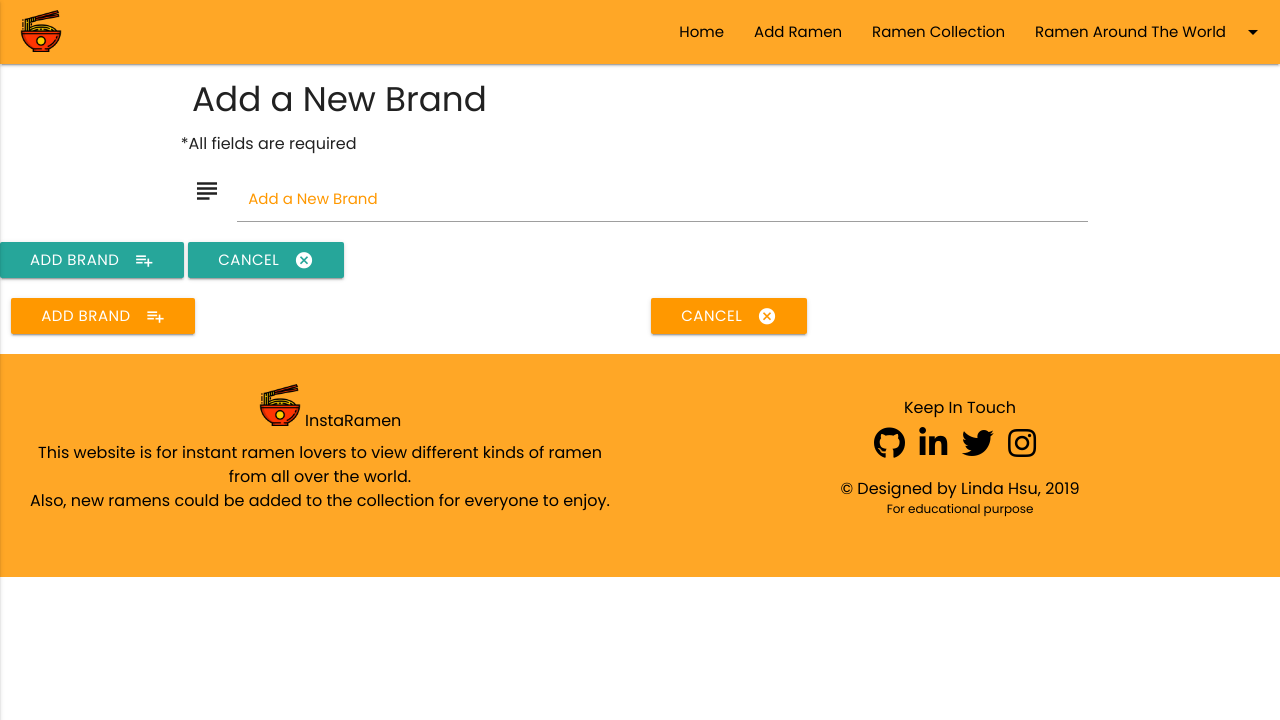
Repository: Paddlepop25/codeinstitute-insta-ramen
Page: http://localhost/add_brands
The author's editor kept a record of every edit. The page is drawn from the files as they stood at one moment, then again after the next edit.
The browser window is 1280 px wide. The pictures show the whole page.
Some web libraries are served in a nearby version. The page is served by the project's application, run on Flask 3 (app.py). Queries for data that is not in the repository find no rows.

Above is the page before.

After the next edit:
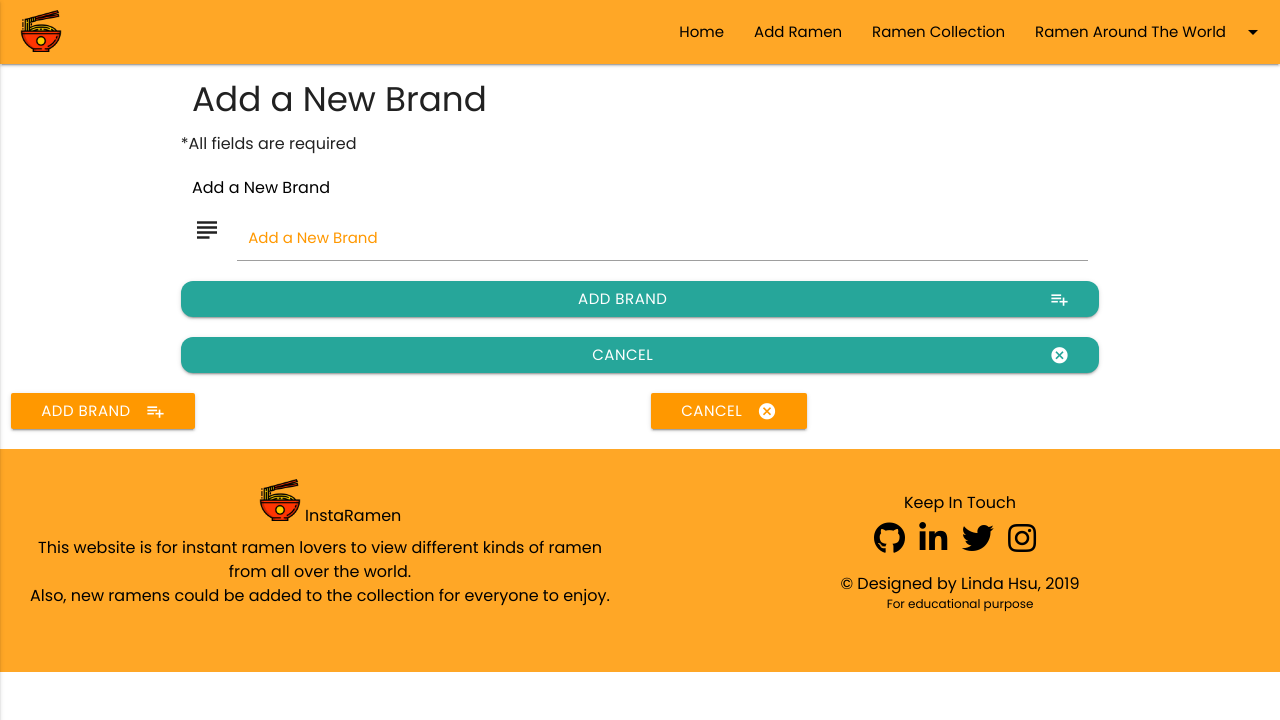
The edit:
--- a/templates/add_brands.html
+++ b/templates/add_brands.html
@@ -1,47 +1,40 @@
 {% extends 'base.html' %} {% block content %}
 
 <div class="container add-brand">
-    <h4>Add a New Brand</h4>
-    <form action="{{ url_for('insert_brand') }}" method="POST" class="ramen_form">
-      <div class="row">
-              <span>*</span><span>All fields are required</span>
-                 </div>
-        <div class="input-field col s12">
-          <i class="material-icons prefix">subject</i>
-          <input id="brand" name="brand" type="text" required>
-          <label for="ramen_brand">Add a New Brand</label>
-        </div>
-      </div>
-
-      <div class="row">
-        <button class="btn waves-effect waves-light" type="submit" name="action">Add Brand
+  <h4>Add a New Brand</h4>
+  <form action="{{ url_for('insert_brand') }}" method="POST" class="ramen_form">
+    <div class="row">
+      <span>*</span><span>All fields are required</span>
+    </div>
+    <p>Add a New Brand</p>
+    <div class="input-field col s12">
+      <i class="material-icons prefix">subject</i>
+      <input id="brand" name="brand" type="text" required>
+      <label for="ramen_brand">Add a New Brand</label>
+    </div>
+<div class="row">
+  <button class="btn waves-effect waves-light" type="submit" name="action">Add Brand
         <i class="material-icons right">playlist_add</i>
       </button>
-      <a href="" class="btn"><i class="material-icons right">cancel</i>Cancel</a>
-      </div>
-
-    </form>
+  <a href="" class="btn"><i class="material-icons right">cancel</i>Cancel</a>
+</div>
+</form>
 </div>
 
 
 
 
 
-
-
-
-
-
-    <div class="row select-submit">
-      <div class="col s12 m6">
-        <button class="btn waves-effect waves-light orange" type="submit" name="action">
+<div class="row select-submit">
+  <div class="col s12 m6">
+    <button class="btn waves-effect waves-light orange" type="submit" name="action">
           <i class="material-icons right">playlist_add</i>Add Brand
       </button>
-      </div>
-      <div class="col s12 m6">
-        <a href="{{url_for('get_ramen')}}" class="btn orange"><i class="material-icons right">cancel</i>Cancel</a>
-      </div>
-    </div>
-  </form>
+  </div>
+  <div class="col s12 m6">
+    <a href="{{url_for('get_ramen')}}" class="btn orange"><i class="material-icons right">cancel</i>Cancel</a>
+  </div>
+</div>
+</form>
 </div>
 {% endblock %}
